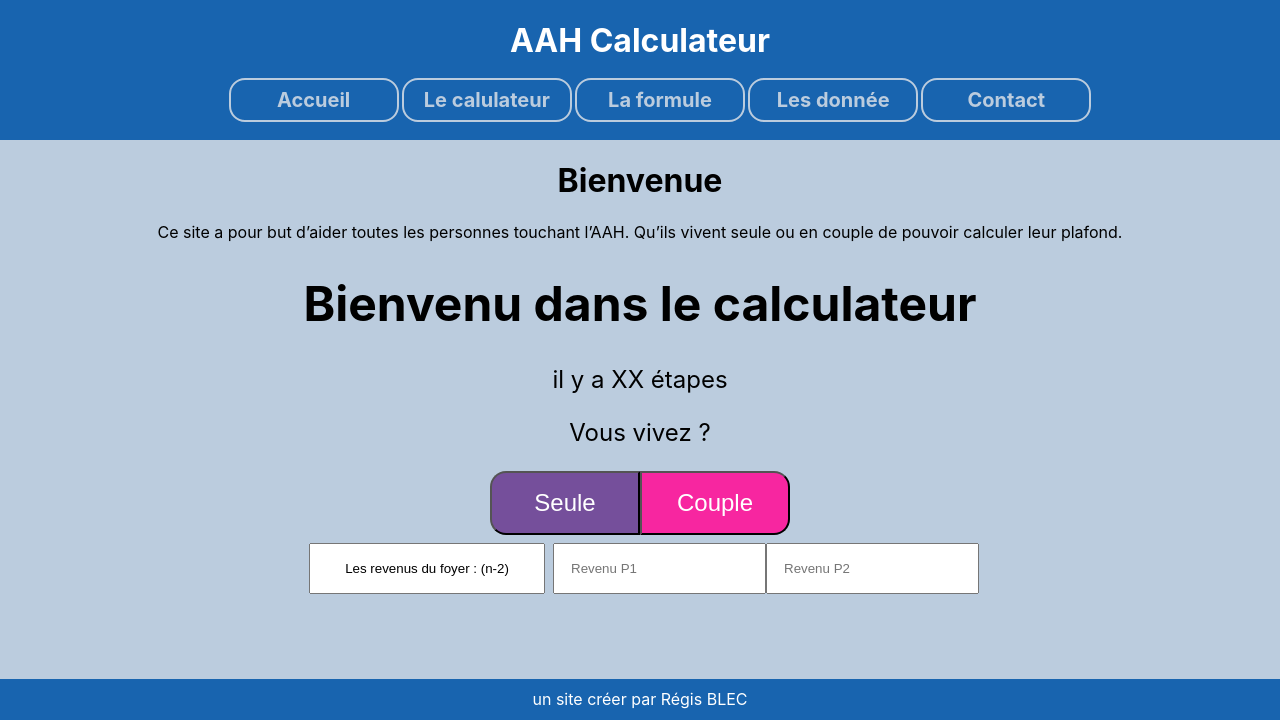
Repository: Cide74/calculateur-aah
Page: /
The author's editor kept a copy of each file at every save. The page is drawn from the files as they stood at one save, then again after a run of saves.
The browser window is 1280 px wide. The pictures show the whole page.
The project was rebuilt for these pictures with package versions that can differ from the ones it lists, and the page was loaded fresh each time.

Above is the page before, as saved 2021-04-05 18:46:13.

After the next 2 saves:
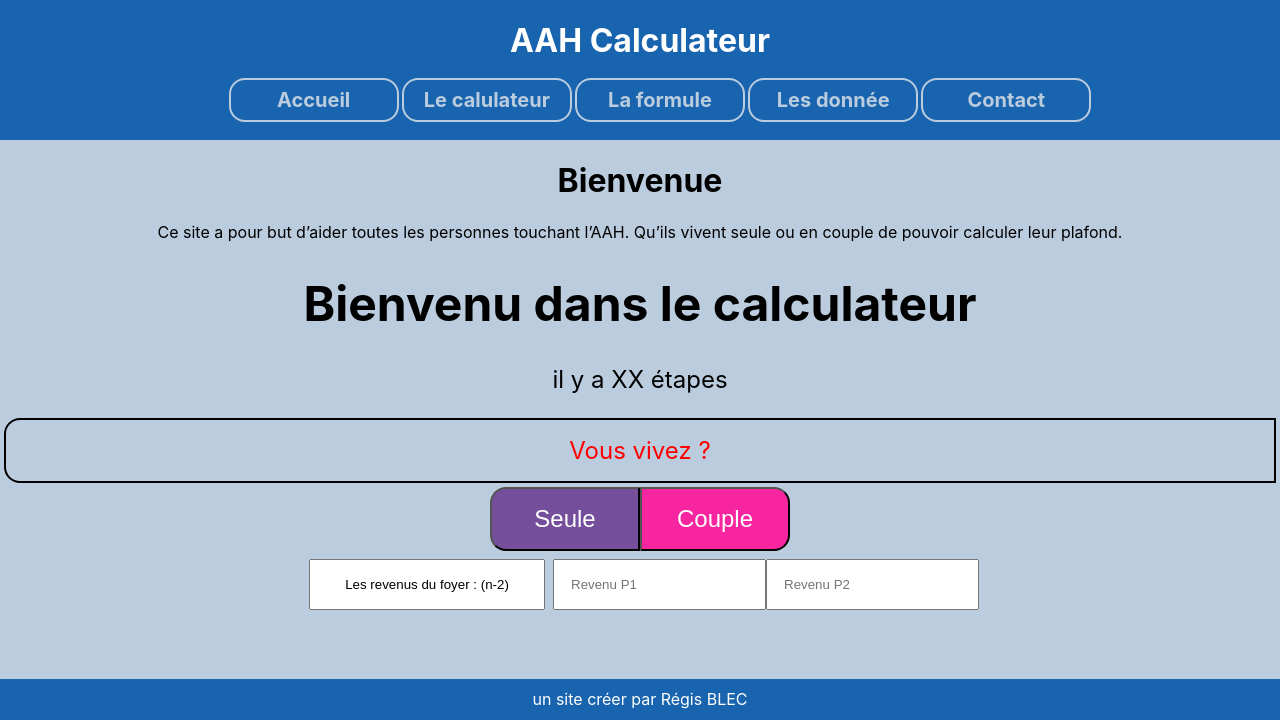
The 2 saves are shown as one change because they came seconds apart.
The last was saved 6 s later.
--- a/src/components/Calculator/Calculator.scss
+++ b/src/components/Calculator/Calculator.scss
@@ -4,7 +4,7 @@
     .form {
         text-align: center;
 
-        &p {
+        p {
             border:2px solid black;
             color:red;
             margin: 0.25rem;

After the save that followed:
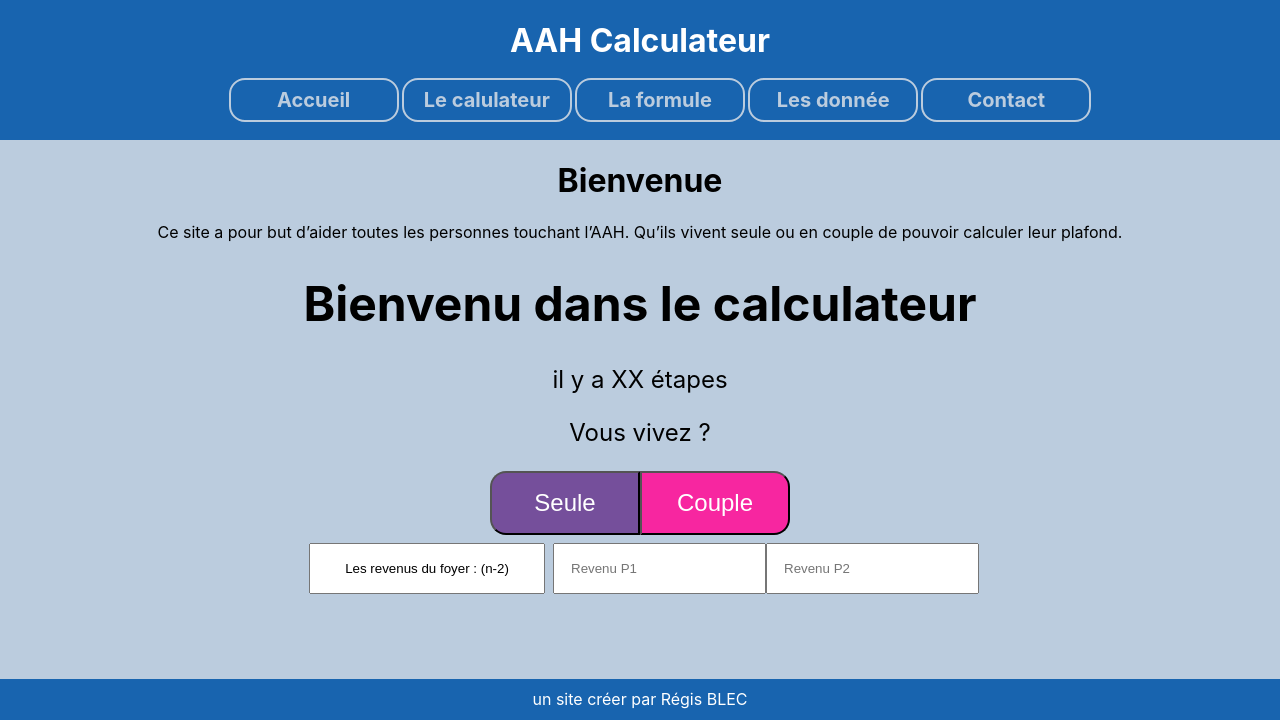
Saved 7 s later.
--- a/src/components/Calculator/Calculator.scss
+++ b/src/components/Calculator/Calculator.scss
@@ -4,7 +4,7 @@
     .form {
         text-align: center;
 
-        p {
+        .p {
             border:2px solid black;
             color:red;
             margin: 0.25rem;
